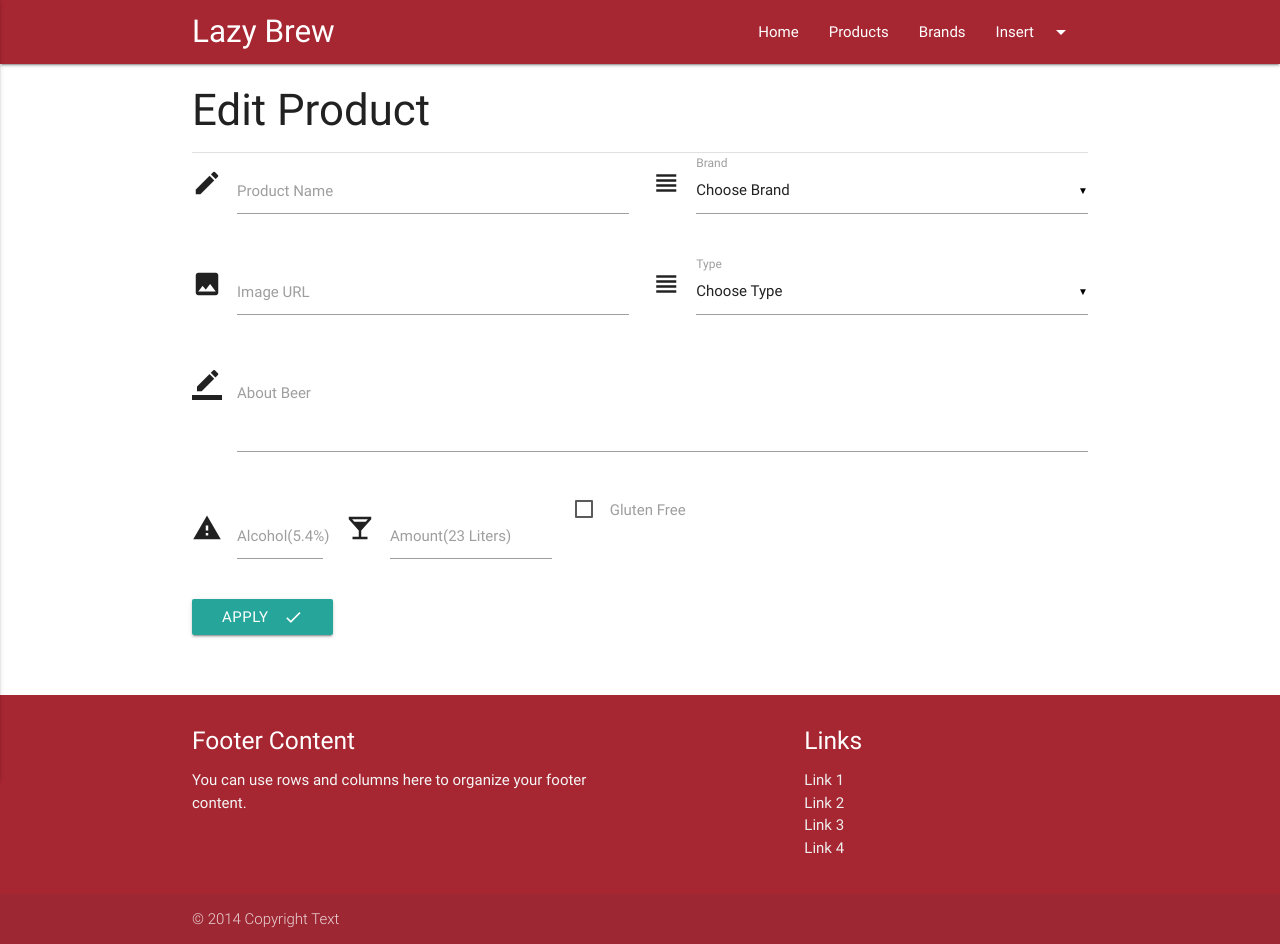
Repository: Leon2ev/lazy-brew
Page: templates/editproduct.html
The author's editor kept a record of every edit. The page is drawn from the files as they stood at one moment, then again after the next edit.
The browser window is 1280 px wide. The pictures show the whole page.
Some web libraries are served in a nearby version. The page is served by the project's application, run on Flask 3 (app.py). The template is opened directly, without the code that normally fills it, so the values that code supplies are empty.

Above is the page before.

### templates/editproduct.html
{% extends 'base.html' %}
{% block content %}
    <div class="container">
        <h3>Edit Product</h3>
        <div class="divider"></div>
        <form action="{{url_for('update_product', product_id=product._id)}}" method="POST" class="edit_product col s12">
            <div class="row">
                <div class="input-field col s12 l6">
                    <i class="material-icons prefix">create</i>
                    <input id="name" name="name" type="text" class="validate" value="{{product.name}}">
                    <label for="icon_prefix">Product Name</label>
                </div>
                <div class="input-field col s12 l6">
                    <i class="material-icons prefix">view_headline</i>
                    <select id="brand_id" name="brand_id">
                        <option value="" disabled selected>Choose Brand</option>
                        {% for brand in brands %}
                            {% if brand._id == product.brand_id %}
                                <option value={{brand._id}} selected >{{brand.name}}</option>
                            {% else %}
                                <option value="{{brand._id}}">{{brand.name}}</option>
                            {% endif %}
                        {% endfor %}
                    </select>
                    <label>Brand</label>
                </div>
            </div>
            <div class="row">
                <div class="input-field col s12 l6">
                    <i class="material-icons prefix">insert_photo</i>
                    <input id="image_url" name="image_url" type="text" class="validate" value="{{product.image_url}}">
                    <label for="icon_prefix">Image URL</label>
                </div>
                <div class="input-field col s12 l6">
                    <i class="material-icons prefix">view_headline</i>
                    <select id="type_id" name="type_id">
                        <option value="" disabled selected>Choose Type</option>
                        {% for type in types %}
                            {% if type._id == product.type_id %}
                                <option value="{{type._id}}" selected >{{type.name}}</option>
                            {% else %}
                                <option value="{{type._id}}">{{type.name}}</option>
                            {% endif %}
                        {% endfor %}
                    </select>
                    <label>Type</label>
                </div>
            </div>
            <div class="row">
                <div class="input-field col s12">
                    <i class="material-icons prefix">border_color</i>
                    <textarea id="textarea1" name="about" class="materialize-textarea">{{product.about}}</textarea>
                    <label for="icon_prefix">About Beer</label>
                </div>
            </div>
            <div class="row">
                <div class="input-field col s12 l2">
                    <i class="material-icons prefix">warning</i>
                    <input id="abv" name="abv" type="text" class="validate" value="{{product.abv}}">
                    <label for="icon_prefix">Alcohol(5.4%)</label>
                </div>
                <div class="input-field col s12 l3">
                    <i class="material-icons prefix">local_bar</i>
                    <input id="amount" name="amount" type="text" class="validate" value="{{product.amount}}">
                    <label for="icon_prefix">Amount(23 Liters)</label>
                </div>
                <div class="checkbox col s12 l2">
                    {% if product.gluten %}
                        <input type="checkbox" id="gluten" name="gluten" checked />
                    {% else %}
                        <input type="checkbox" id="gluten" name="gluten" />
                    {% endif %}
                    <label for="gluten">Gluten Free</label>
                </div>
            </div>
            <div class="row">
                <div class="col s12 l6">
                    <button class="btn waves-effect waves-light" type="submit">Apply
                        <i class="material-icons right">check</i>
                    </button>
                </div>
                <div class="col s12 l6"></div>
            </div>
        </form>
        <div class="row">
            <div id="modal1" class="modal">
                <div class="modal-content">
                    <h4>Are you agree to cancel?</h4>
                    <p>All changes will be lost and you will go back to description page.</p>
                </div>
                <div class="modal-footer">
                    <a href="#!" class="modal-action modal-close waves-effect waves-green btn-flat">Go Back</a>
                    <a href="{{url_for('get_description', product_id=product._id)}}" class="modal-action modal-close waves-effect waves-green btn-flat">Agree</a>
                </div>
            </div>
            <div id="modal2" class="modal">
                <div class="modal-content">
                    <h4>Are you agree to delete {{product.name}}?</h4>
                    <p>All data will be lost.</p>
                </div>
                <div class="modal-footer">
                    <a href="#!" class="modal-action modal-close waves-effect waves-green btn-flat">Go Back</a>
                    <a href="{{url_for('delete_product', product_id=product._id)}}" class="modal-action modal-close waves-effect waves-green btn-flat">Agree</a>
                </div>
            </div>
        </div>
    </div>
{% endblock %}

### templates/base.html
<!DOCTYPE html>
<html lang="en">
    <head>
        <meta charset="UTF-8">
        <meta name="viewport" content="width=device-width, initial-scale=1.0">
        <meta http-equiv="X-UA-Compatible" content="ie=edge">

        <title>Document</title>

        <link href="https://fonts.googleapis.com/icon?family=Material+Icons" rel="stylesheet">
        <link rel="stylesheet" href="https://cdnjs.cloudflare.com/ajax/libs/materialize/0.100.2/css/materialize.min.css">
        <link rel="stylesheet" href="{{url_for('static', filename='css/style.css')}}" type="text/css">
    </head>
    <body>
        <header>
            <nav class="navbar">
                <div class="container nav-wrapper">
                    <a href="{{url_for('home_page')}}" class="brand-logo">Lazy Brew</a>
                    <a href="#" data-activates="mobile-demo" class="button-collapse"><i class="material-icons">menu</i></a>
                    <ul class="right hide-on-med-and-down">
                        <li><a href="{{url_for('home_page')}}">Home</a></li>
                        <li><a href="{{url_for('get_products')}}">Products</a></li>
                        <li><a href="{{url_for('get_brands')}}">Brands</a></li>
                        <!-- Dropdown Trigger -->
                        <li><a class="dropdown-button" href="#!" data-activates="dropdown1">Insert<i class="material-icons right">arrow_drop_down</i></a></li>
                    </ul>
                    <!-- Dropdown Structure -->
                    <ul id="dropdown1" class="dropdown-content">
                        <li><a href="{{url_for('add_product')}}">Add Product</a></li>
                        <li class="divider"></li>
                        <li><a href="{{url_for('add_brand')}}">Add Brand</a></li>
                    </ul>
                    <ul class="side-nav" id="mobile-demo">
                        <li><a href="{{url_for('home_page')}}">Home</a></li>
                        <li><a href="{{url_for('get_products')}}">Products</a></li>
                        <li><a href="{{url_for('get_brands')}}">Brands</a></li>
                        <!-- Mobile Dropdown Trigger -->
                        <li><a class="dropdown-button" href="#!" data-activates="dropdown2">Insert<i class="material-icons right">arrow_drop_down</i></a></li>

                    </ul>
                    <!-- Dropdown Structure -->
                    <ul id="dropdown2" class="dropdown-content">
                        <li><a href="{{url_for('add_product')}}">Add Product</a></li>
                        <li class="divider"></li>
                        <li><a href="{{url_for('add_brand')}}">Add Brand</a></li>
                    </ul>
                </div>
            </nav>
        </header>
        {% block content %}{% endblock %}
        <footer class="page-footer">
            <div class="container">
                <div class="row">
                    <div class="col l6 s12">
                        <h5 class="white-text">Footer Content</h5>
                        <p class="grey-text text-lighten-4">You can use rows and columns here to organize your footer content.</p>
                    </div>
                    <div class="col l4 offset-l2 s12">
                        <h5 class="white-text">Links</h5>
                        <ul>
                            <li><a class="grey-text text-lighten-3" href="#!">Link 1</a></li>
                            <li><a class="grey-text text-lighten-3" href="#!">Link 2</a></li>
                            <li><a class="grey-text text-lighten-3" href="#!">Link 3</a></li>
                            <li><a class="grey-text text-lighten-3" href="#!">Link 4</a></li>
                        </ul>
                    </div>
                </div>
            </div>
            <div class="footer-copyright">
                <div class="container">
                    © 2014 Copyright Text
                </div>
            </div>
        </footer>
        <script src="https://cdnjs.cloudflare.com/ajax/libs/jquery/3.2.1/jquery.min.js"></script>
        <script src="https://cdnjs.cloudflare.com/ajax/libs/materialize/0.100.2/js/materialize.min.js"></script>
        <script type="text/javascript">
            $(document).ready(function() {
                $('select').material_select();
                $(".button-collapse").sideNav();
                $(".dropdown-button").dropdown({
                    belowOrigin: true
                    }
                );
                $('.modal').modal();
            });
        </script>
    </body>
</html>

### app.py
import os
from flask import Flask, render_template, redirect, request, url_for
from flask_pymongo import PyMongo
from bson.objectid import ObjectId

app = Flask(__name__)

# Connection to MongoDB

app.config["MONGO_DBNAME"] = 'beer_brewing'
app.config["MONGO_URI"] = os.getenv('MONGO_URI', 'mongodb://localhost')

mongo = PyMongo(app)

# App routes ------------------------------------------------------------

@app.route('/')

# Home page

@app.route('/home_page')
def home_page():
    return render_template("index.html",
    types=mongo.db.types.find())
# Product Routes
# Product selection

@app.route('/get_products')
def get_products():
    return render_template("products.html",
    products=mongo.db.products.find())

# Single product description

@app.route('/get_description/<product_id>')
def get_description(product_id):
    return render_template("description.html",
    brands=mongo.db.brands.find(),
    types=mongo.db.types.find(),
    product=mongo.db.products.find_one({"_id": ObjectId(product_id)}))

# Add product

@app.route('/add_product')
def add_product():
    return render_template("addproduct.html",
    brands=mongo.db.brands.find(),
    types=mongo.db.types.find())

# Proceed inserted data to mongo

@app.route('/insert_product', methods=["POST"])
def insert_product():
    products=mongo.db.products
    brand_id = request.form.get('brand_id')
    type_id = request.form.get('type_id')
    dictionary = {
        'name': request.form.get('name'),
        'brand_id': ObjectId(brand_id),
        'image_url': request.form.get('image_url'),
        'type_id': ObjectId(type_id),
        'about': request.form.get('about'),
        'abv': request.form.get('abv'),
        'amount': request.form.get('amount'),
        'gluten': request.form.get('gluten')
    }

    products.insert_one(dictionary)
    return redirect(url_for('get_products'))

# Edit product

@app.route('/edit_product/<product_id>')
def edit_product(product_id):
    return render_template("editproduct.html",
    product=mongo.db.products.find_one({"_id": ObjectId(product_id)}),
    brands=mongo.db.brands.find(),
    types=mongo.db.types.find())

# Update product

@app.route('/update_product/<product_id>', methods=["POST"])
def update_product(product_id):
    products=mongo.db.products
    brand_id = request.form.get('brand_id')
    type_id = request.form.get('type_id')
    products.update({'_id': ObjectId(product_id)},
    {
        'name': request.form.get('name'),
        'brand_id': ObjectId(brand_id),
        'image_url': request.form.get('image_url'),
        'type_id': ObjectId(type_id),
        'about': request.form.get('about'),
        'abv': request.form.get('abv'),
        'amount': request.form.get('amount'),
        'gluten': request.form.get('gluten')
    })
    return redirect(url_for('get_products'))

# Delete product

@app.route('/delete_product/<product_id>')
def delete_product(product_id):
    mongo.db.products.remove({'_id': ObjectId(product_id)})
    return redirect(url_for('get_products'))

# Brand Routes
# Add Brand

@app.route('/get_brands')
def get_brands():
    return render_template("brands.html",
    brands=mongo.db.brands.find())

@app.route('/add_brand')
def add_brand():
    return render_template("addbrand.html")

# Proceed inserted data to mongo

@app.route('/insert_brand', methods=["POST"])
def insert_brand():
    brands=mongo.db.brands
    brands.insert_one(request.form.to_dict())
    return redirect(url_for('get_brands'))

# Edit brand

@app.route('/edit_brand/<brand_id>')
def edit_brand(brand_id):
    return render_template("editbrand.html",
    brand=mongo.db.brands.find_one({"_id": ObjectId(brand_id)}))

# Update brand

@app.route('/update_brand/<brand_id>', methods=["POST"])
def update_brand(brand_id):
    brands=mongo.db.brands
    brands.update({'_id': ObjectId(brand_id)},
    {
        'name': request.form.get('name'),
        'country': request.form.get('country'),
        'website_URL': request.form.get('website_URL'),
        'instruction_URL': request.form.get('instruction_URL'),
    })
    return redirect(url_for('get_brands'))

# Delete brand

@app.route('/delete_brand/<brand_id>')
def delete_brand(brand_id):
    mongo.db.brands.remove({'_id': ObjectId(brand_id)})
    return redirect(url_for('get_brands'))

if __name__ == "__main__":
    app.run(host=os.environ.get('IP'),
        port=int(os.environ.get('PORT')),
        debug=True)

### static/css/style.css
/*Background image Homepage*/
.bg-img {
    background-image: url(https://i.imgur.com/lFnh2xG.jpg);
    background-repeat: no-repeat;
    background-position: center center;
    background-attachment: fixed;
    background-size: cover;
    background-color: black;
    height: 100%;
    padding-top: 50px;
    padding-bottom: 50px;
}

/*Content home page*/
.bg-content {
    background-color: rgb(0,0,0, 0.5);
    color: white;
    border-radius: 10px;
}

/*Navbar*/
.navbar {
    background-color: #a62632;
}

/*Footer*/
.page-footer {
    background-color: #a62632;
}

/*Button*/
.btn {
    margin-bottom: 20px;
}

/*Cards Products page*/
.card.medium .card-image {
    max-height: 65%;
}

.card.medium .card-content {
    padding: 15px;
}

.card .card-action a:not(.btn):not(.btn-large):not(.btn-large):not(.btn-floating) {
    color: #26a69a;
}

/*Description page*/

.description-container {
    margin-top: 35px;
    margin-bottom: 35px;
}

.description-image {
    width: 100%;
    height: auto;
}

After the next edit:
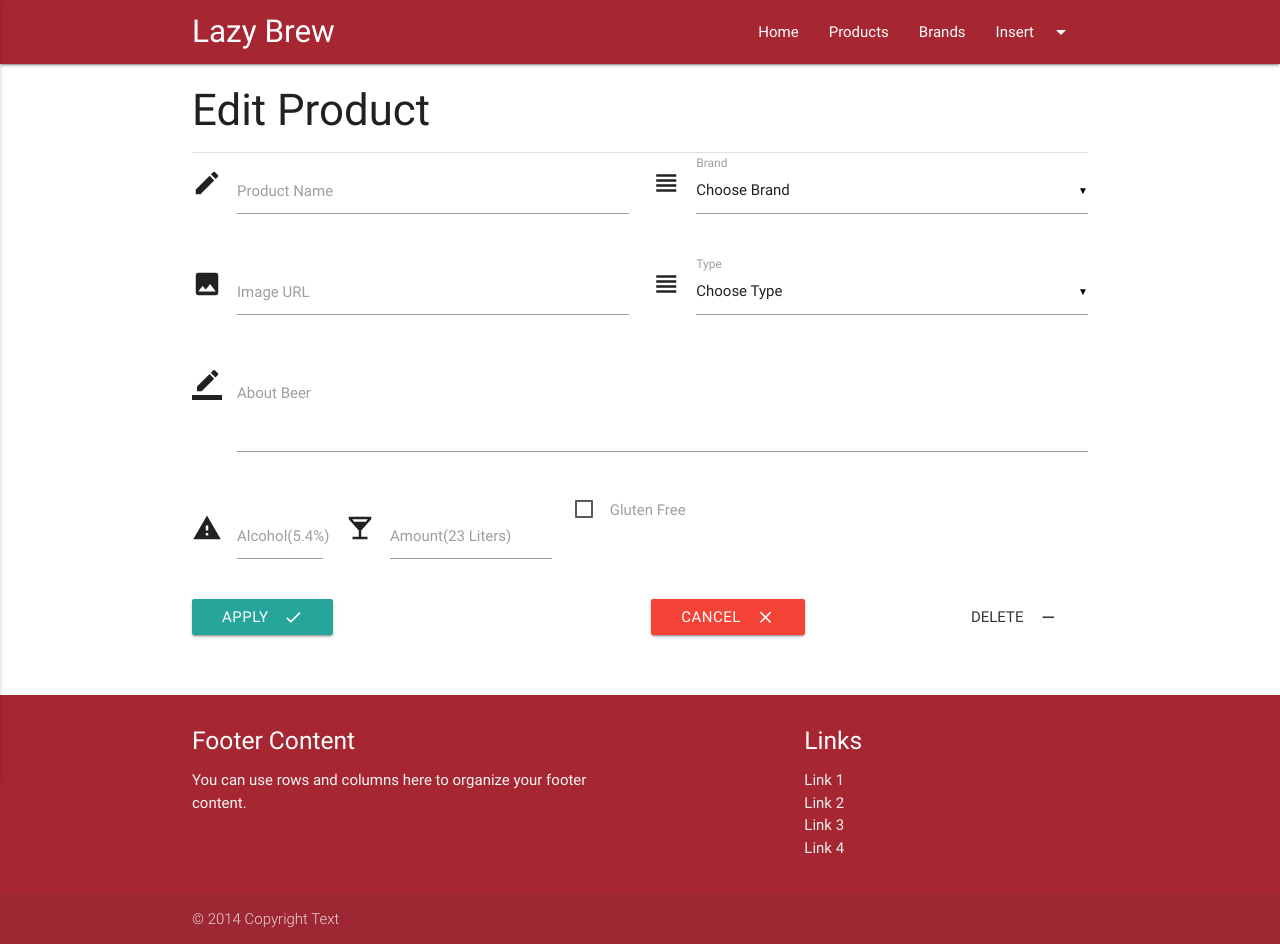
The edit:
--- a/templates/editproduct.html
+++ b/templates/editproduct.html
@@ -79,7 +79,14 @@
                         <i class="material-icons right">check</i>
                     </button>
                 </div>
-                <div class="col s12 l6"></div>
+                <div class="col s12 l6">
+                    <a class="waves-effect waves-light btn modal-trigger red" href="#modal1">Cancel
+                        <i class="material-icons right">clear</i>
+                    </a>
+                    <a class="waves-effect waves-light btn-flat right modal-trigger" href="#modal2">Delete
+                        <i class="material-icons right">remove</i>
+                    </a>
+                </div>
             </div>
         </form>
         <div class="row">
